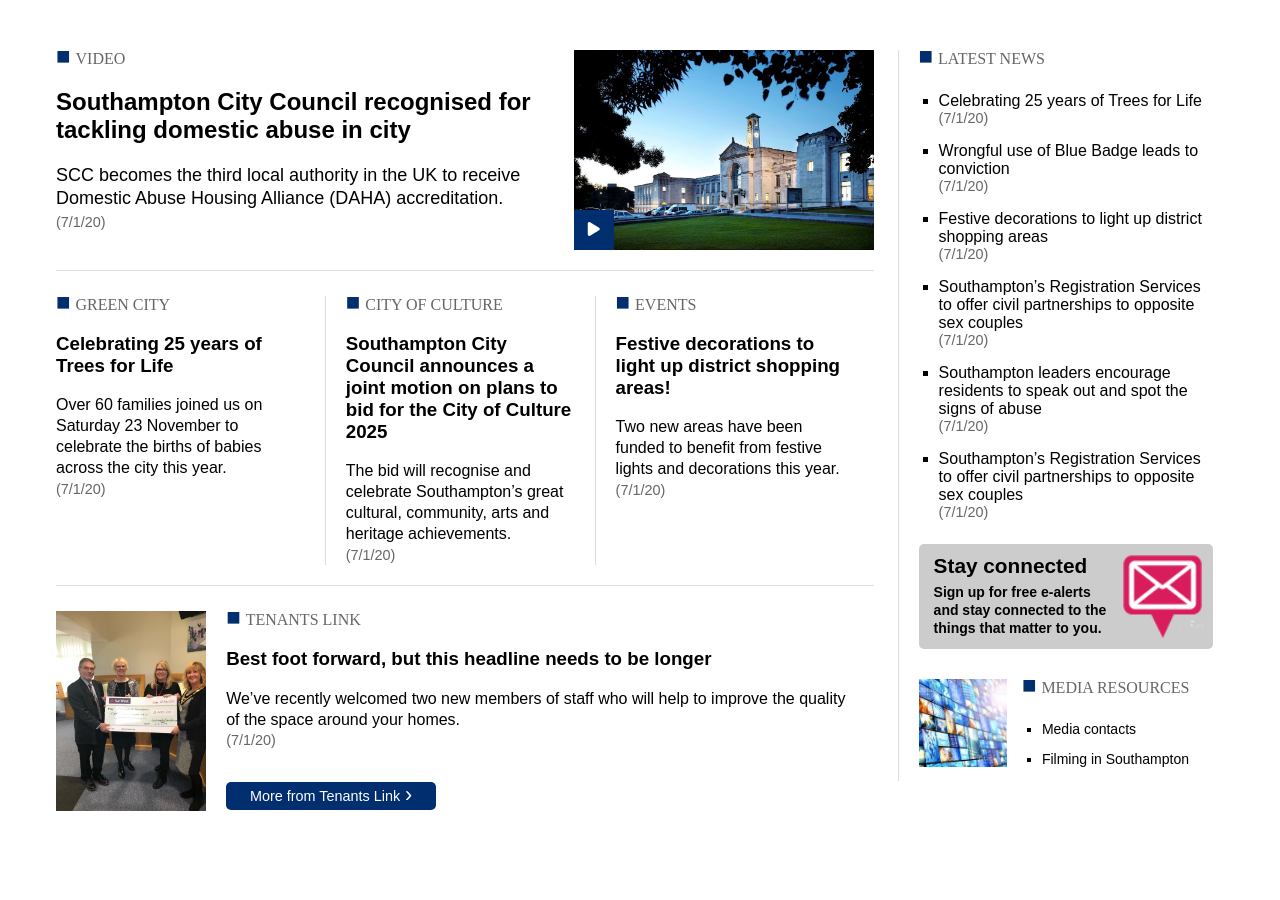
Repository: Domehead123/newspage
Page: index7.html
The author's editor kept a record of every edit. The page is drawn from the files as they stood at one moment, then again after the next edit.
The browser window is 1280 px wide. The pictures show the whole page.
Some web libraries are served in a nearby version.

Above is the page before.

### index7.html
<!DOCTYPE html>
<html lang="en">

<head>
    <meta charset="UTF-8">
    <meta name="viewport" content="width=device-width, initial-scale=1.0">
    <meta http-equiv="X-UA-Compatible" content="ie=edge">
    <script src="https://ajax.googleapis.com/ajax/libs/jquery/3.4.1/jquery.min.js"></script>

    <script src="https://kit.fontawesome.com/aae406265c.js" crossorigin="anonymous"></script>
    <link rel="stylesheet" href="https://cdnjs.cloudflare.com/ajax/libs/font-awesome/4.7.0/css/font-awesome.min.css">
    <link rel="stylesheet" href="news3.css" type="text/css" />
    <title>News & Events</title>
</head>

<body>
    <div class="page-width">

        <div class="split-page">
            <div class="top-row">
                <div class="top-story">

                    <a href="#"><span class="large-image-wrapper"><img class="top-large-pic" src="images/civic-centre-2.jpg"><span class="play"><i class="fas fa-play"></i></span></span></a>
                    <div class="subject-header">VIDEO</div>


                    <h2><a href="#">

Southampton City Council recognised for tackling domestic abuse in city</a></h2>
                    <p><a href="#"><span class="small-image-wrapper"><img class="top-small-pic" src="images/civic-centre-2.jpg"><span class="play"><i class="fas fa-play"></i></span></span>SCC becomes the third local authority in the UK to receive Domestic Abuse Housing Alliance (DAHA) accreditation. <span class="date">(7/1/20)</a></p>

                </div>
            </div>




            <div class="middle-row">
                <div class="topic right-border">
                    <div class="subject-header ">GREEN CITY</div>

                    <h3><a href="#">
Celebrating 25 years of Trees for Life
 </a></h3>
                    <p><a href="#">Over 60 families joined us on Saturday 23 November to celebrate the births of babies across the city this year.<span class="date">(7/1/20)</span></a></p>
                </div>
                <div class="topic right-border">
                    <div class="subject-header">CITY OF CULTURE</div>

                    <h3><a href="#">Southampton City Council announces a joint motion on plans to bid for the City of Culture 2025</a></h3>
                    <p><a href="#">The bid will recognise and celebrate Southampton’s great cultural, community, arts and heritage achievements. <span class="date">(7/1/20)</span></a></p>
                </div>

                <div class="topic">
                    <div class="subject-header ">EVENTS</div>

                    <h3><a href="#">
Festive decorations to light up district shopping areas!
 </a></h3>
                    <p><a href="#">Two new areas have been funded to benefit from festive lights and decorations this year. <span class="date">(7/1/20)</span></a></p>

                </div>

            </div>

            <div class="latest-news">
                <div class="subject-header">LATEST NEWS</div>

                <ul>
                    <li><a href="#">Celebrating 25 years of Trees for Life <span class="date">(7/1/20)</span></a></li>
                    <li><a href="#">Wrongful use of Blue Badge leads to conviction <span class="date">(7/1/20)</span></a></li>
                    <li><a href="#">Festive decorations to light up district shopping areas <span class="date">(7/1/20)</span></a></li>
                    <li><a href="#">Southampton’s Registration Services to offer civil partnerships to opposite sex couples<span class="date">(7/1/20)</span></a></li>
                    <li><a href="#">Southampton leaders encourage residents to speak out and spot the signs of abuse<span class="date">(7/1/20)</span></a></li>
                    <li><a href="#">Southampton’s Registration Services to offer civil partnerships to opposite sex couples<span class="date">(7/1/20)</span></a></li>
                </ul>
                <p class="more centre"><a href="#">News archive</a></p>
            </div>


            <div class="bottom-row">

                <div class="tenants-container">
                    <div class="tenants"><a href="#"><img class="bottom-large-pic" src="images/lipstick.jpg"></a>

                        <div class="subject-header ">TENANTS LINK</div>

                        <h3><a href="#">Best foot forward, but this headline needs to be longer</a></h3>
                        <p><a href="#"><img class="bottom-small-pic" src="images/lipstick.jpg">We’ve recently welcomed two new members of staff who will help to improve the quality of the space around your homes. <span class="date">(7/1/20)</span></a></p>

                    </div>
                    <p class="more"><a href="#">More from Tenants Link</a></p>
                </div>




            </div>




        </div>

        <div class="side-panel">

            <div class="latest-news">
                <div class="subject-header">LATEST NEWS</div>

                <ul>
                    <li><a href="#">Celebrating 25 years of Trees for Life <span class="date">(7/1/20)</span></a></li>
                    <li><a href="#">Wrongful use of Blue Badge leads to conviction <span class="date">(7/1/20)</span></a></li>
                    <li><a href="#">Festive decorations to light up district shopping areas <span class="date">(7/1/20)</span></a></li>
                    <li><a href="#">Southampton’s Registration Services to offer civil partnerships to opposite sex couples<span class="date">(7/1/20)</span></a></li>
                    <li><a href="#">Southampton leaders encourage residents to speak out and spot the signs of abuse<span class="date">(7/1/20)</span></a></li>
                    <li><a href="#">Southampton’s Registration Services to offer civil partnerships to opposite sex couples<span class="date">(7/1/20)</span></a></li>
                </ul>
            </div>
            <div class="extras">

                <div class="connected">

                    <a href="#"><img src="images/connected.png"></a>
                    <h2><a href="#">Stay connected</a></h2>

                    <p><a href="#">Sign up for free e-alerts and stay connected to the things that matter to you.</a></p>
                </div>

                <div class="media">
                    <a href="#"><img src="images/media2.jpg"></a>


                    <div class="subject-header">MEDIA RESOURCES</div>

                    <ul>
                        <li><a href="#">Media contacts</a></li>
                        <li><a href="#">Filming in Southampton</a></li>

                    </ul>

                </div>

            </div>






        </div>






</body>

</html>

### news3.css
/* REMOVE LEFT-HAND NAV */

.sidebar__content {
    display: none !important;
}

.page-body {
    left: 0 !important;
    width: 100% !important;
    font-size: 20px;
}

.page-width {
    max-width: 1168px;
    margin: 50px auto;
    padding: 0 25px;
}


/* GENERAL STYLING AND LINKS */

h2,
h3,
h4,
li,
p {
    font-family: "franklin-gothic-urw", sans-serif;
}


p {
    font-size: 18px;
    line-height: 130%;
}


a {
    color: #000;
    text-decoration: none;
    transition: 0.4s all;
}

.centre {
    margin: 0 auto;
}


.topic:hover a,
.top-story:hover a,
.tenants:hover a,
.latest-news a:hover,
.connected:hover a,
.more a:hover,
.media a:hover {
    text-decoration: underline;
}

.subject-header {
    color: #666;
}

.subject-header:before {
    content: "\25A0";
    line-height: 0;
    font-size: 1.5em;
    color: #002e6f;
    margin-right: 5px;
}

.date {
    color: #666;
    font-size: 14.4px;
    display: block;
}

/* MAIN CONTENT */

.split-page {
    display: inline-block;
    vertical-align: top;
    width: 70%;
}


.split-page .latest-news {
    padding: 25px 0;
    display: none;
    border-bottom: 1px solid #ddd;
    margin-bottom: 0;
}

.top-row {
    display: flex;
    border-bottom: 1px solid #ddd;
}

.middle-row {
    clear: both;
    display: flex;
    flex-wrap: wrap;
    border-bottom: 1px solid #ddd;
    padding: 25px 0 20px 0;
}

.bottom-row {
    clear: both;
    display: flex;
    padding: 25px 0;
}

.top-story {
    margin: 0;
    box-sizing: border-box;
    position: relative;
}

.top-story::after {
    content: "";
    clear: both;
    display: table;
}

.large-image-wrapper {
    display: block;
    margin: 0 0 20px 20px;
    height: 200px;
    float: right;
    position: relative;
}

.small-image-wrapper {
    display: none;
    float: right;
    margin: 0 0 20px 20px;
    height: 100px;
    position: relative;
}

.large-image-wrapper img,
.small-image-wrapper img {
    height: 100%;
}

.play {
    display: block;
    width: 40px;
    height: 40px;
    background: #002e6f;
    position: absolute;
    left: 0;
    bottom: 0;
    float: right;
    color: #fff;
    text-align: center;
}

.large-image-wrapper .play {
    width: 40px;
    height: 40px;
    line-height: 40px;
}

.small-image-wrapper .play {
    width: 30px;
    height: 30px;
    line-height: 30px;
    font-size: 0.7em;
}

.large-video {
    float: right;
    width: 560px;
    height: 315px;
    margin: 0 0 20px 15px;
}

.small-video {
    display: none;
    width: 300px;
    height: 169px;
    float: right;
    margin: 0 0 20px 15px;
}

.topic {
    width: 33%;
    padding: 0 20px;
    box-sizing: border-box;
    display: inline-block;
    vertical-align: top;
}


.topic p {
    font-size: 16px;
    margin-bottom: 0;
}

.tenants p {
    font-size: 16px;
}

.topic:nth-child(1) {
    padding: 0 20px 0 0;
    border-right: 1px solid #ddd;
}

.topic:nth-child(2) {
    border-right: 1px solid #ddd;
}

.lower-stories {
    border-right: 1px solid #ddd;
}

.bottom-large-pic {
    height: 200px;
    margin-right: 20px;
    float: left;
}

.bottom-small-pic {
    display: none;
    float: right;
    margin: 0 0 20px 20px;
    height: 100px;
}

.tenants-container {
    margin-right: 20px;
    box-sizing: border-box;
    display: inline-block;
    vertical-align: top;
}

.more {
    font-size: 0.9em;
    background: #002e6f;
    width: 200px;
    padding: 5px;
    text-align: center;
    border-radius: 5px;
}

.tenants-container .more {
    float: left;
}

.more a {
    color: #fff;
}

.more::after {
    content: "\203A";
    color: #fff;
    font-size: 1.5em;
    line-height: 0;
    margin-left: 5px;
    position: relative;
    top: 1px;
}



/* SIDE PANEL */

.side-panel {
    display: inline-block;
    vertical-align: top;
    width: 27%;
    margin-left: 20px;
    border-left: 1px solid #ddd;
    padding-left: 20px;
    box-sizing: border-box;
}

.latest-news {
    margin-bottom: 1.5em;
}

.latest-news ul,
.media ul {
    padding: 0 0 0 20px;
    margin-top: 1.5em;
}

.latest-news ul li,
.media ul li {
    margin: 0 0 1em 0;
    font-size: 16px;
    list-style-type: square;
}

.extras {
    display: flex;
    flex-wrap: wrap;
}


.connected {
    background: #ccc;
    padding: 10px 10px 10px 15px;
    border-radius: 5px;
    margin-bottom: 30px;
    width: 100%;
    box-sizing: border-box;
}

.connected img {
    float: right;
    height: 85px;
    margin-left: 10px;
}

.connected h2 {
    font-size: 1.3em;
    margin: 0 0 5px 0;
}

.connected p {
    font-size: 14px;
    font-weight: bold;
    margin: 0;
}


.connected::after {
    content: "";
    clear: both;
    display: table;
}

.media {
    width: 100%;

}

.media img {
    float: left;
    width: 30%;
    margin-right: 15px;
}

.media ul {
    padding: 0 0 0 20px;
    margin-top: 1.5em;
    margin-bottom: 0;
    display: inline-block;
    box-sizing: border-box;
    width: 60%;
}

.media ul li {
    margin: 0 0 1em 0;
    list-style-type: square;
    font-size: 14px;
}

.extras {
    display: flex;
}

@media only screen and (max-width: 1150px) {
    .large-video {
        display: none;
    }

    .small-video {
        display: block;
    }

}


@media only screen and (max-width: 1000px) {
    .split-page {
        width: 100%;
    }

    .side-panel {
        width: 100%;
        border-left: 0;
        margin: 0;
        padding: 0;
    }

    .split-page .latest-news {
        display: block
    }

    .side-panel .latest-news {
        display: none;
    }

    .connected {
        width: 45%;
        margin-right: 25px;
        margin-bottom: 0;
    }

    .media {
        width: 45%;
        border: 1px solid #ddd;
        padding: 15px;
        border-radius: 5px;
        box-sizing: content-box;
    }

}


@media only screen and (max-width: 750px) {
    .large-image-wrapper {
        display: none;
    }

    .small-image-wrapper {
        display: block;
    }

    .bottom-large-pic {
        display: none;
    }

    .bottom-small-pic {
        display: block;
    }

    .tenants-container {
        margin-right: 0;
    }

    .tenants-container .more {
        float: none;
        margin: 10px auto;
        clear: both;
    }

}


@media only screen and (max-width: 660px) {
    .connected {
        width: 100%;
        margin-right: 0;
        margin-bottom: 25px;
    }

    .media {
        width: 100%;
    }

    .media img {
        height: 100px;
        width: auto;
    }



}


@media only screen and (max-width: 600px) {
    .topic {
        width: 100%;
    }

    .topic:nth-child(1) {
        padding: 0 0 25px 0;
        border-right: 0;
        border-bottom: 1px solid #ddd;
    }

    .topic:nth-child(2) {
        padding: 25px 0;
        border-right: 0;
        border-bottom: 1px solid #ddd;
    }

    .topic:nth-child(3) {
        padding: 25px 0 0 0;
    }

}

@media only screen and (max-width: 500px) {

    .small-video {
        width: 100%;
        min-height: 210px;
    }

}


@media only screen and (max-width: 450px) {

    .top-small-pic,
    .bottom-small-pic {
        height: auto;
        width: 100%;
    }

    .small-video {
        width: 100%;
        min-height: 230px;
    }

}



@media only screen and (max-width: 400px) {

    .media img {
        display: none;
    }


}

After the next edit:
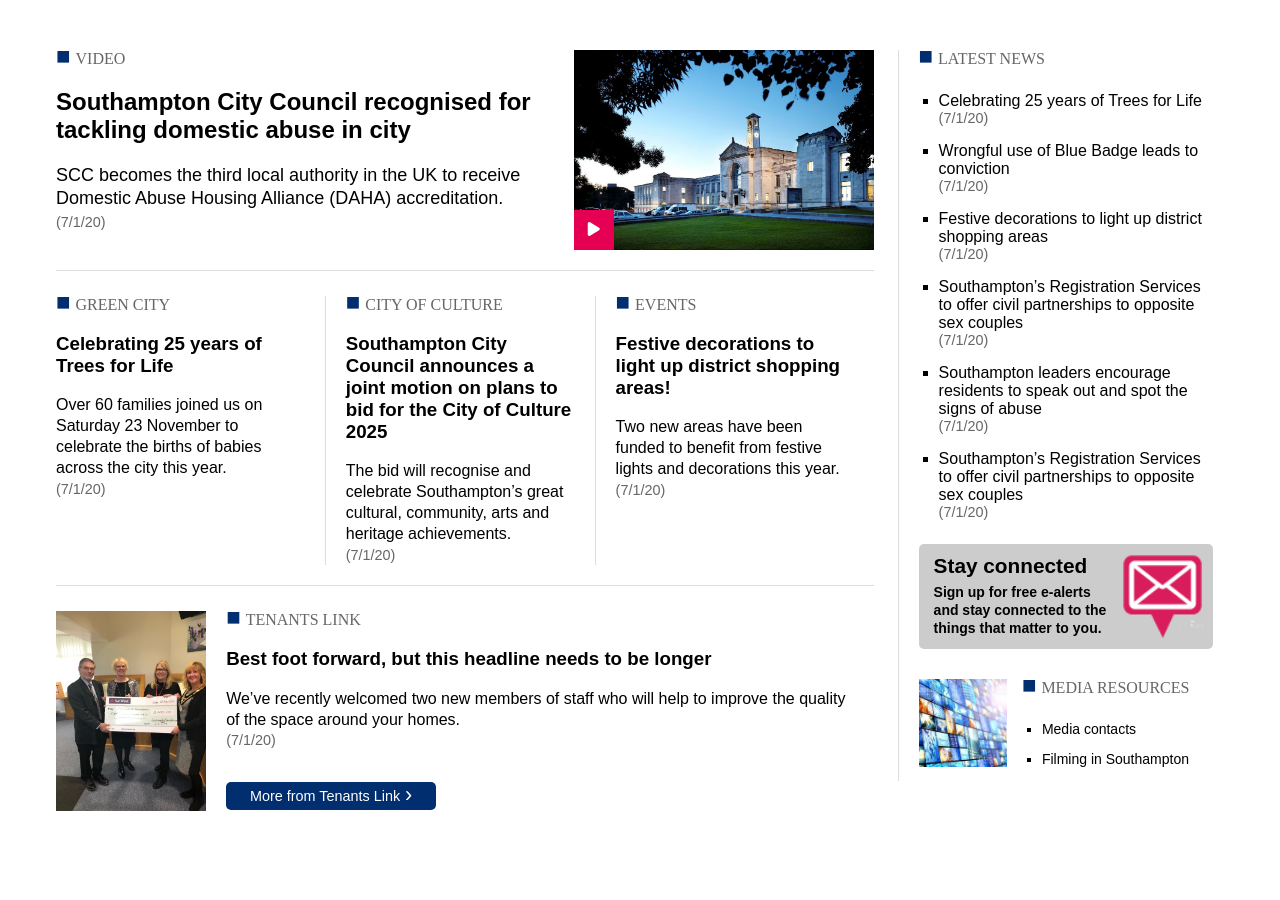
The edit:
--- a/news3.css
+++ b/news3.css
@@ -145,7 +145,7 @@
     display: block;
     width: 40px;
     height: 40px;
-    background: #002e6f;
+    background: #e60054;
     position: absolute;
     left: 0;
     bottom: 0;
